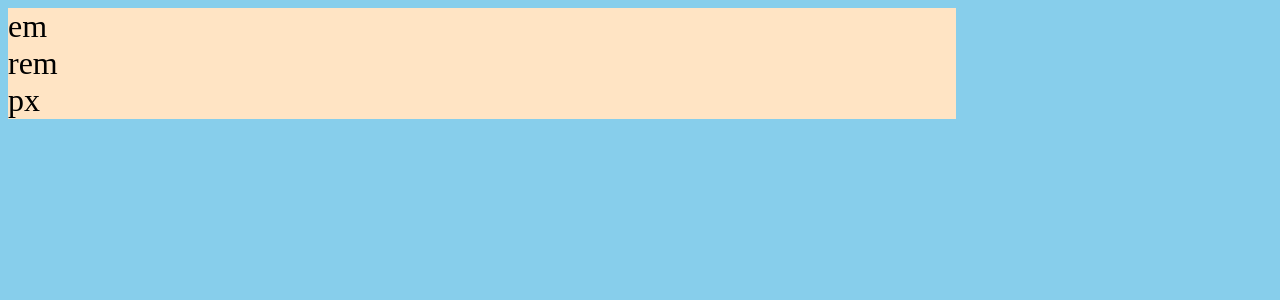
Repository: csw820116/likelion-class
Page: iterate/자습/first.html
The author's editor kept a record of every edit. The page is drawn from the files as they stood at one moment, then again after the next edit.
The browser window is 1280 px wide. The pictures show the whole page.

Above is the page before.

After the next edit:
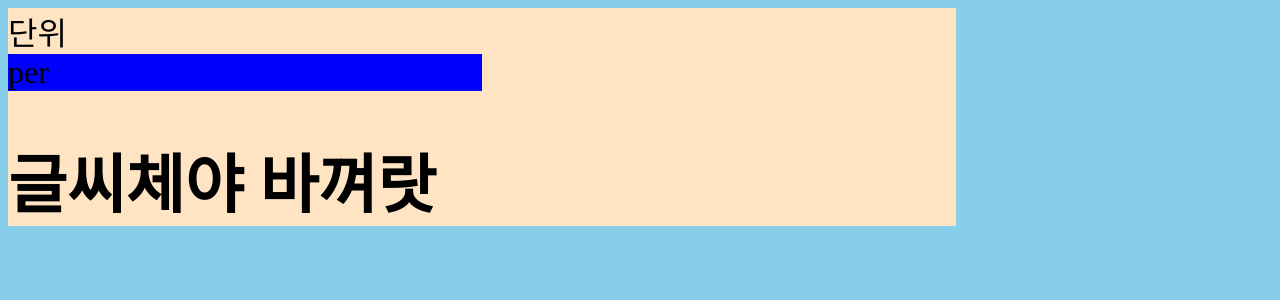
The edit:
--- a/iterate/자습/first.html
+++ b/iterate/자습/first.html
@@ -9,10 +9,12 @@
     <title>테이블 태크</title>
 </head>
 <body>
-    <div id = "main">
-        <div id = "em"> em </div>
-        <div id = "rem"> rem </div>
-        <div id = "px"> px </div>
+    <div id = "main"> 단위
+        <div id = "per"> per </div>
+
+
+   <h1>글씨체야 바껴랏</h1>
+
 
 
 
